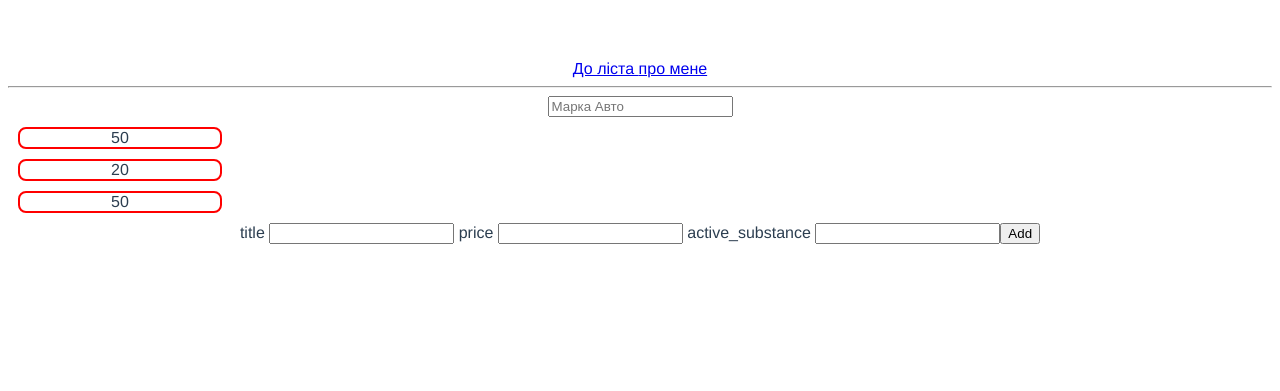
Repository: KYUUBI-K/Labs-from-2-course-
Page: /#/list (app in lab2(pharmacy)/)
An editor plug-in stored every save of this project. The page is shown before and after the next save, followed by the edit.
The browser window is 1280 px wide. The pictures show the whole page.
The project was rebuilt for these pictures with package versions that can differ from the ones it lists, and the page was loaded fresh each time.

Above is the page before, as saved 2021-12-21 13:55:34.

### lab2(pharmacy)/src/main.js
import Vue from 'vue'
import App from './App.vue'
import store from './state/index'
import VueRouter from 'vue-router';
import router from './router/index'

Vue.use(VueRouter);

Vue.config.productionTip = false

new Vue({
  store,
  router,
  render: (h) => h(App),
}).$mount('#app')

### lab2(pharmacy)/src/App.vue
<template>
  <div id="app">
    <router-link to="/list">До ліста </router-link>
    <router-link to="/AboutMe">про мене </router-link>
    <hr />
    <router-view></router-view>
  </div>
</template>

<script>
export default {
  name: "App",
  components: {},
};
</script>

<style>
#app {
  font-family: Avenir, Helvetica, Arial, sans-serif;
  -webkit-font-smoothing: antialiased;
  -moz-osx-font-smoothing: grayscale;
  text-align: center;
  color: #2c3e50;
  margin-top: 60px;
}
</style>

### lab2(pharmacy)/src/state/index.js
import Vue from 'vue'
import Vuex from 'vuex'
import { v4 as uuidv4 } from 'uuid'
Vue.use(Vuex)

const store = new Vuex.Store({
  state: {
    search:"",
    taskList:[
        {
          id:1, title:'Парацетамол', price:'50', active_substance:'paracetamol',
        },
        {
            id:2, title:'Панкреатин', price:'20', active_substance:'pancreatine',

        },
        {
            id:3, title:'Дуфалак', price:'50', active_substance:'lactulose',

        }
    ]
  },
  getters:{
      getTaskList:(state)=>state.taskList
  },
  mutations:{
    addNewTask(state, dataObj) {
      state.taskList.push({
        id: uuidv4(),
        ...dataObj,
      })
    },
  },
  actions:{
    addTask({ commit }, data) {
      commit('addNewTask', data)
    },
  }

})

export default store

### lab2(pharmacy)/src/router/index.js
import Vue from 'vue';
import VueRouter from 'vue-router';
import Tasklist from '../components/Tasklist'
Vue.use(VueRouter);

export const router = new VueRouter({
    routes:[
    {
        path:'/list',
        component:Tasklist,
        name:'list',
    }
    ]

});
export default router

### lab2(pharmacy)/src/components/Tasklist/index.vue
<template>
  <div>
    <div>
      <input type="search" v-model="search" placeholder="Марка Авто" />
    </div>
    <task-item v-for="task in filterTask" :key="task.id" :task="task" />
    <div>
      <add-new-task />
    </div>
    <!-- <div><button @click="$router.push('/AboutCars')">AboutCars</button></div>
        <div><button @click="$router.push('/AboutMe')">AboutMe</button></div>  -->
  </div>
</template>

<script>
import TaskItem from "./Taskitem";
import AddNewTask from "@/components/AddNewTask";

import { mapGetters } from "vuex";
export default {
  data() {
    return {
      search: "",
    };
  },
  name: "TaskList",
  components: {
    TaskItem,
    AddNewTask,
  },
  computed: {
    ...mapGetters(["getTaskList"]),
    filterTask() {
      let list = [...this.getTaskList];
      if (this.search) {
        list = list.filter((item) => {
          return item.company.indexOf(this.search) > -1;
        });
      }
      return list;
    },
  },
};
</script>

<style lang="scss" scoped>
</style>

### lab2(pharmacy)/src/components/Tasklist/Taskitem/index.vue
<template>
  <div class="task">
    <div>{{ task.where_go }}</div>
    <div>{{ task.price }}</div>
    <div>{{ task.days }}</div>
  </div>
</template>

<script>
export default {
  name: "Taskitem",
  props: {
    task: {
      type: Object,
      default: () => ({}),
    },
  },
};
</script>

<style lang="css" scoped>
.task {
  width: 200px;
  border: 2px solid red;
  border-radius: 8px;
  margin: 10px;
}
</style>

### lab2(pharmacy)/src/components/AddNewTask/index.vue
<template>
  <div>
    <div>
      <label>
        title
        <input type="text" v-model="title" />
      </label>
      <label>
        price
        <input type="text" v-model.number="price" />
      </label>
      <label>
        active_substance
        <input type="number" v-model.number="active_substance" />
      </label>
      <button @click="onAdd">Add</button>
    </div>
  </div>
</template>

<script>
//1. Імпортуємо mapActions
import { mapActions } from "vuex";
export default {
  name: "AddNewTask",

  data() {
    return {
      title: null,
      price: null,
      active_substance: null,
    };
  },

  methods: {
    ...mapActions(["addTask"]),
    onAdd() {
      this.addTask({
        title: this.title,
        price: this.price,
        active_substance: this.active_substance,
      });
    },
  },
};
</script>

<style lang="scss" scoped>
</style>

Loaded but not shown: lab2(pharmacy)/public/index.html (common file)

After the next save:
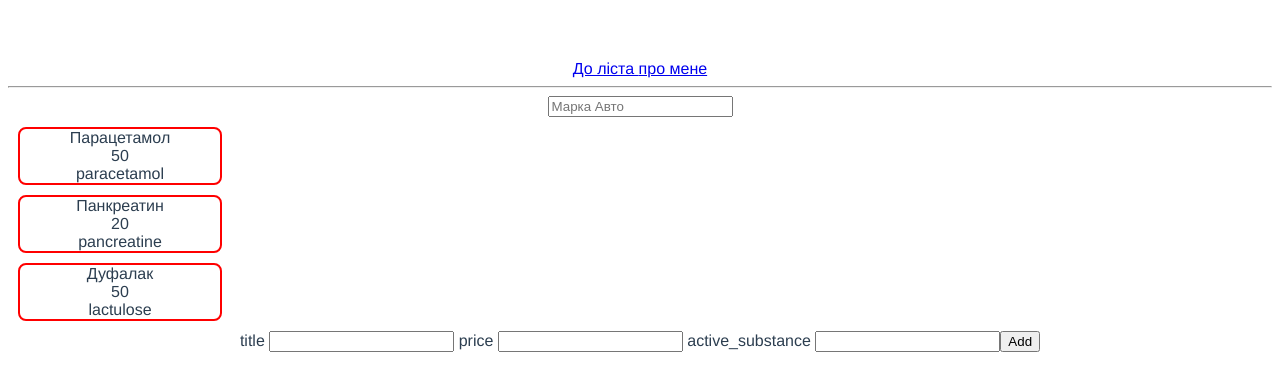
Saved 58 s later.
--- a/lab2(pharmacy)/src/components/Tasklist/Taskitem/index.vue
+++ b/lab2(pharmacy)/src/components/Tasklist/Taskitem/index.vue
@@ -1,8 +1,8 @@
 <template>
   <div class="task">
-    <div>{{ task.where_go }}</div>
+    <div>{{ task.title }}</div>
     <div>{{ task.price }}</div>
-    <div>{{ task.days }}</div>
+    <div>{{ task.active_substance }}</div>
   </div>
 </template>
 
